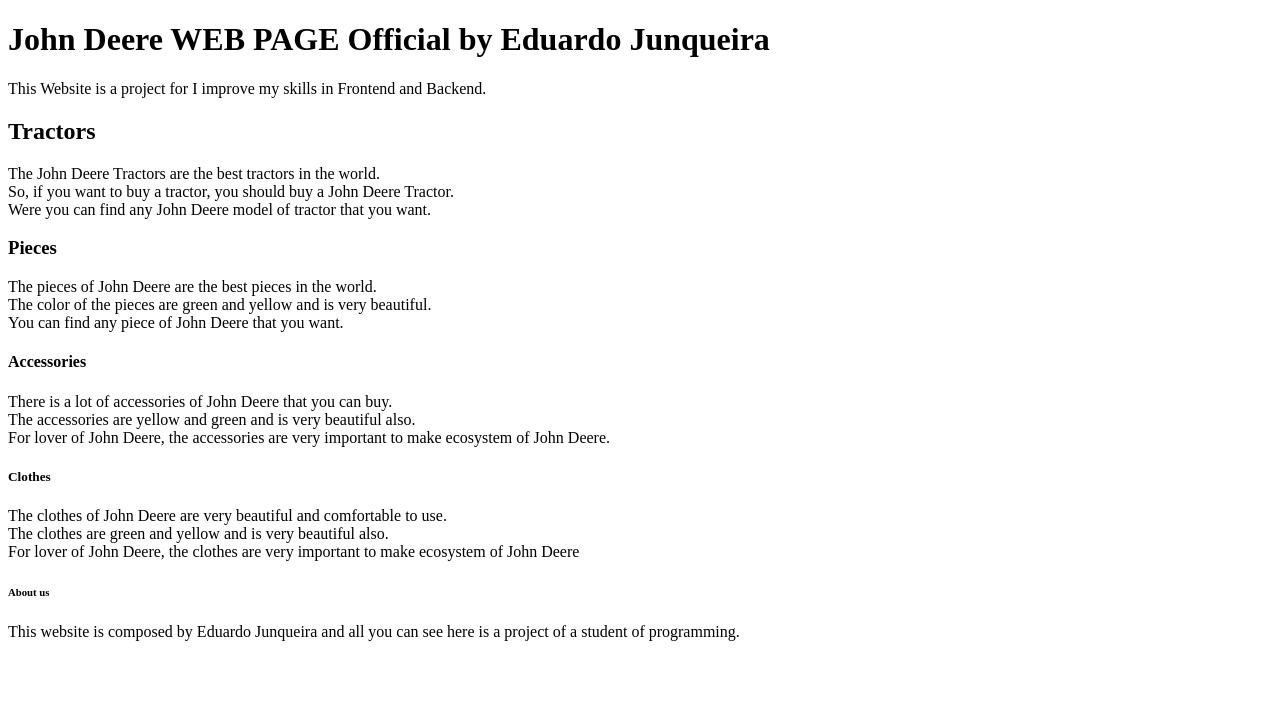
Repository: EduardoJunqueira2004/WEBJohnDeere
Page: index.html
These files come from the project's save history. The page is drawn as it stood at one moment and after a run of saves; the edit follows.
The browser window is 1280 px wide. The pictures show the whole page.

Above is the page before, as saved 2024-12-05 11:06:57.

After the next 4 saves:
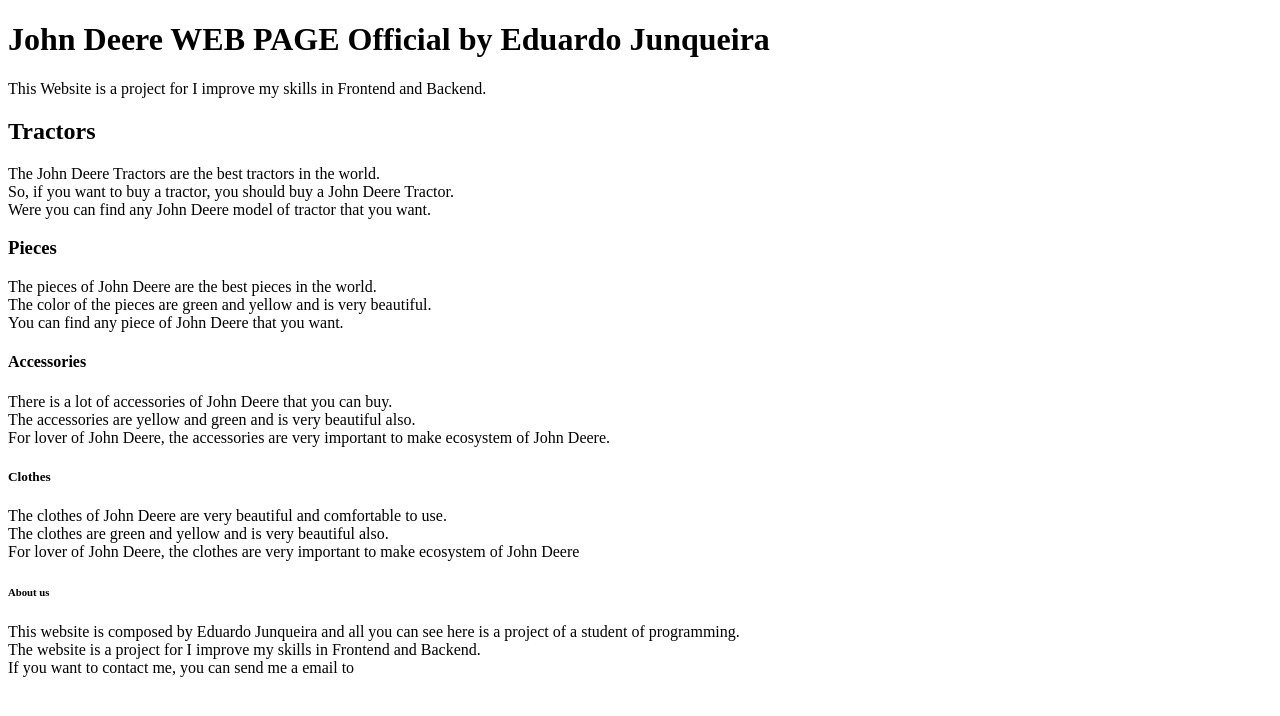
The 4 saves are shown as one change because they came seconds apart.
The last was saved 14 s later.
--- a/index.html
+++ b/index.html
@@ -43,6 +43,8 @@
     <h6>About us</h6>
     <p>
         This website is  composed by Eduardo Junqueira and all you can see here is a project of a student of programming.<br>
+        The website is a project for I improve my skills in Frontend and Backend.<br>
+        If you want to contact me, you can send me a email to
     </p>
 
 </body>
